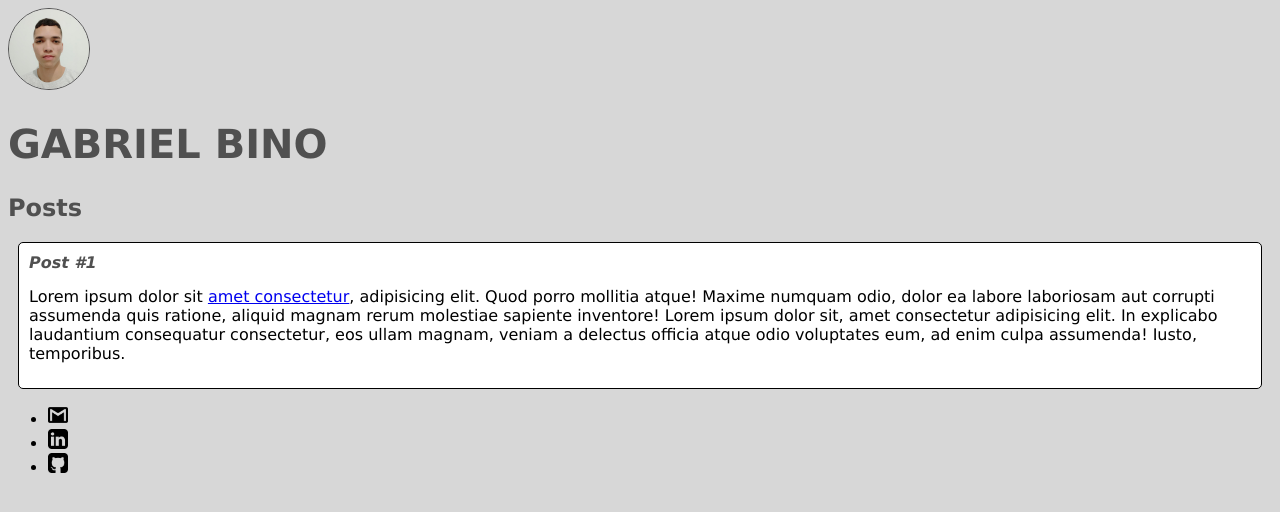
Repository: gabrielbino/projects-dio
Page: html e css/index.html
These files come from the project's save history. The page is drawn as it stood at one moment and after the next save; the edit follows.
The browser window is 1280 px wide. The pictures show the whole page.

Above is the page before, as saved 2021-10-15 18:44:42.

### html e css/index.html
<!DOCTYPE html>
<html lang="pt-br">
  <head>
    <meta charset="UTF-8" />
    <meta name="viewport" content="width=device-width, initial-scale=1.0" />
    <link rel="stylesheet" href="style.css" />
    <title>Gabriel Bino</title>
  </head>
  <body>
    <header>
      <img
        class="photo"
        src="img/option_profile.jpeg"
        alt="Ilustração do rosto de Gabriel Bino"
        width="80px"
        height="80px"
      />
      <h1 id="title">Gabriel Bino</h1>
    </header>
    <section>
      <header>
        <h2 class="subtitle">Posts</h2>
      </header>
      <article class="post">
        <header>
          <h3 class="post_title">Post #1</h3>
        </header>
        <p class="post_content">
          Lorem ipsum dolor sit <a href="#">amet consectetur</a>, adipisicing
          elit. Quod porro mollitia atque! Maxime numquam odio, dolor ea labore
          laboriosam aut corrupti assumenda quis ratione, aliquid magnam rerum
          molestiae sapiente inventore! Lorem ipsum dolor sit, amet consectetur
          adipisicing elit. In explicabo laudantium consequatur consectetur, eos
          ullam magnam, veniam a delectus officia atque odio voluptates eum, ad
          enim culpa assumenda! Iusto, temporibus.
        </p>
      </article>
    </section>
    <footer>
      <ul>
        <li>
          <a href="mailto:gabriellf650@gmail.com" target="_blank"
            ><img
              src="img/gmail.png"
              alt="Link com a logo do Gmail"
              width="20px"
              height="20px"
            />
          </a>
        </li>
        <li>
          <a
            href="https://www.linkedin.com/in/gabriel-fernandes-bino-456499195/"
            target="_blank"
            ><img
              src="img/lkdn.png"
              alt="Link com a logo do LinkedIn"
              width="20px"
              height="20px"
            />
          </a>
        </li>
        <li>
          <a href="https://github.com/gabrielbino" target="_blank"
            ><img
              src="img/github.png"
              alt="Link com a logo do Github"
              width="20px"
              height="20px"
            />
          </a>
        </li>
      </ul>
    </footer>
  </body>
</html>

### html e css/style.css
body {
  background-color: #d7d7d7;
  font-family: Verdana, sans-serif;
}

.photo {
  border: 1px solid #505050;
  border-radius: 50px;
}

#title,
.subtitle,
.post_title {
  color: #505050;
}

#title {
  font-size: 40px;
  text-transform: uppercase;
}

.post_title {
  font-size: 16px;
  font-style: italic;
  margin: 0;
  margin-bottom: 15px;
}

.post {
  background-color: #fff;
  padding: 10px;
  border: 1px solid #000;
  margin: 10px;
  margin-bottom: 15px;
  border-radius: 5px;
}

.post_content {
  margin: 0;
  margin-bottom: 15px;
}

After the next save:
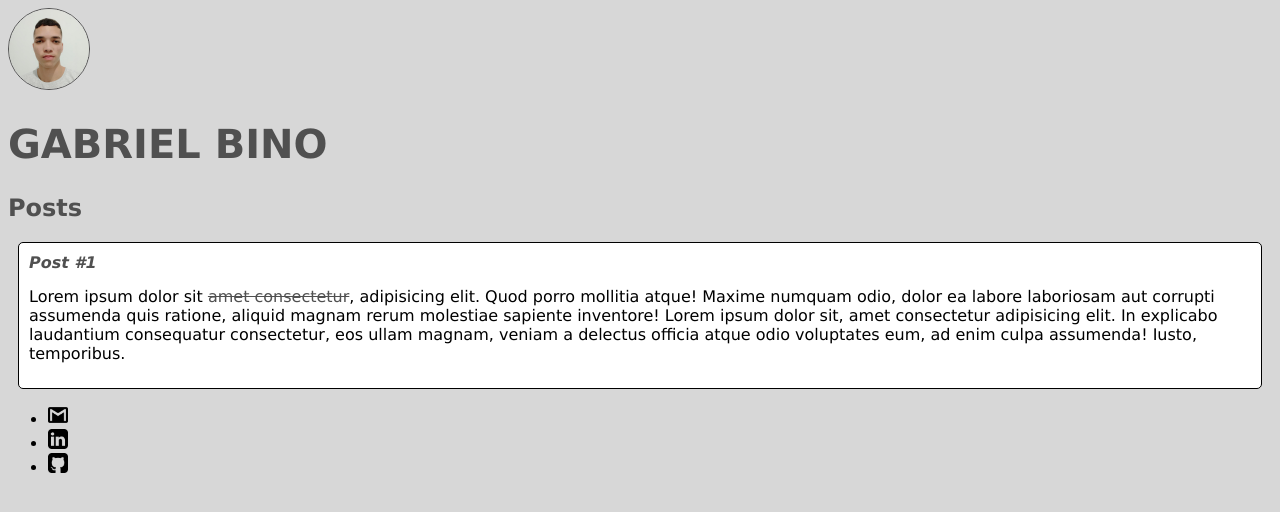
Saved 22 s later.
--- a/html e css/style.css
+++ b/html e css/style.css
@@ -17,6 +17,11 @@ body {
 #title {
   font-size: 40px;
   text-transform: uppercase;
+}
+
+a {
+  text-decoration: line-through;
+  color: #505050;
 }
 
 .post_title {
